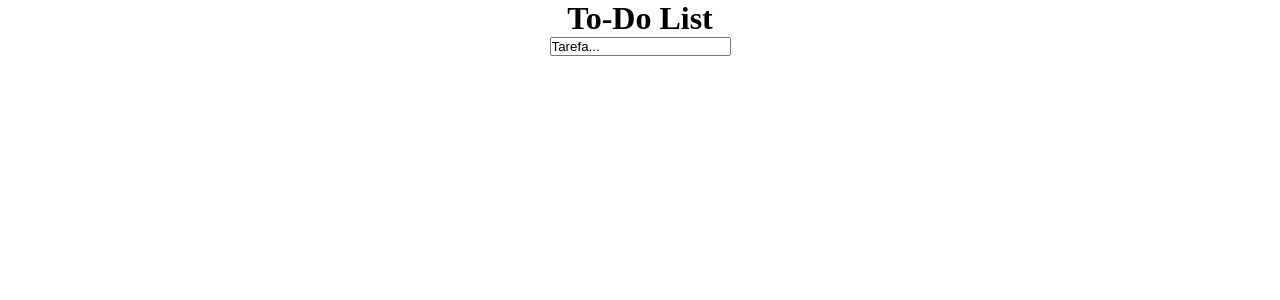
Repository: PetersonAntonyDev/python-flask-
Page: index.html
The author's editor kept a copy of each file at every save. The page is drawn from the files as they stood at one save, then again after the next save.
The browser window is 1280 px wide. The pictures show the whole page.

Above is the page before, as saved 2022-07-26 10:03:06.

After the next save:
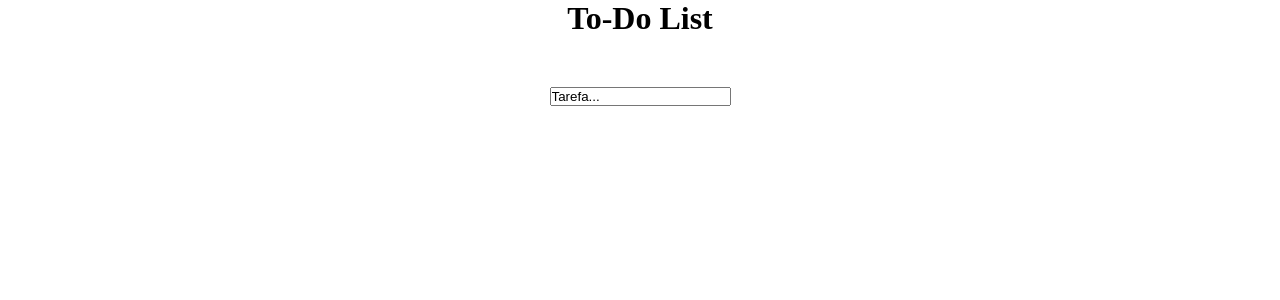
Saved 15 s later.
--- a/style.css
+++ b/style.css
@@ -9,3 +9,7 @@ body{
     align-items: center;
     flex-direction: column;
 }
+
+header {
+    margin-bottom: 50px;
+}
